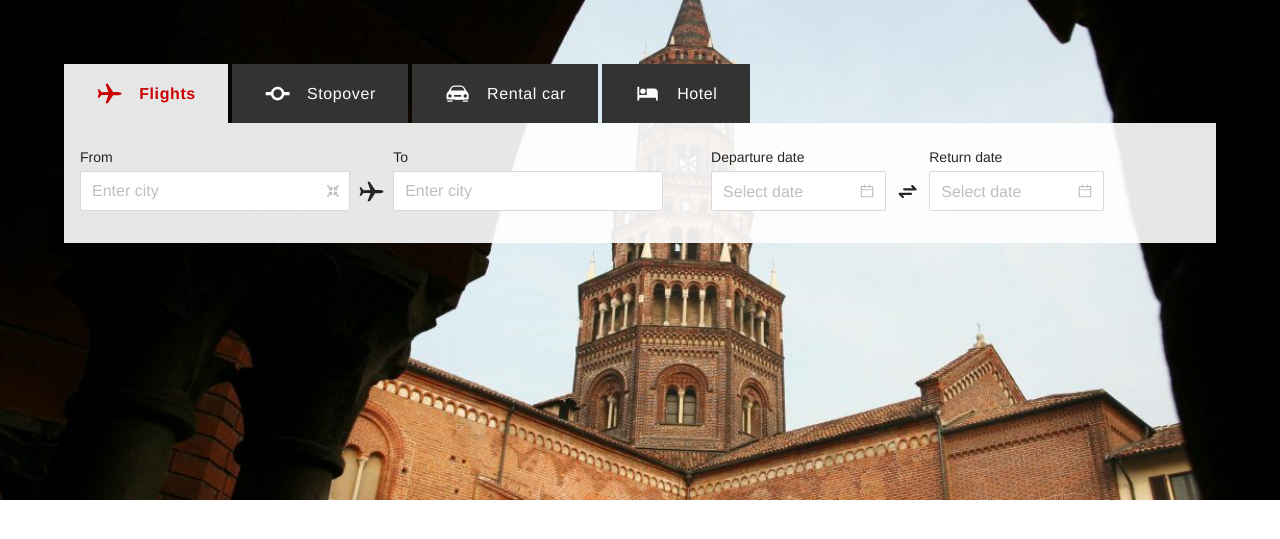
Repository: guidogr95/Everymundo-Excercise
Page: /
These files come from the project's save history. The page is drawn as it stood at one moment and after the next save; the edit follows.
The browser window is 1280 px wide. The pictures show the whole page.
The project was rebuilt for these pictures with package versions that can differ from the ones it lists, and the page was loaded fresh each time. Also part of the build but not shown: src/components/CustomSpin/customspin.scss.

Above is the page before, as saved 2021-07-01 20:33:20.

After the next save:
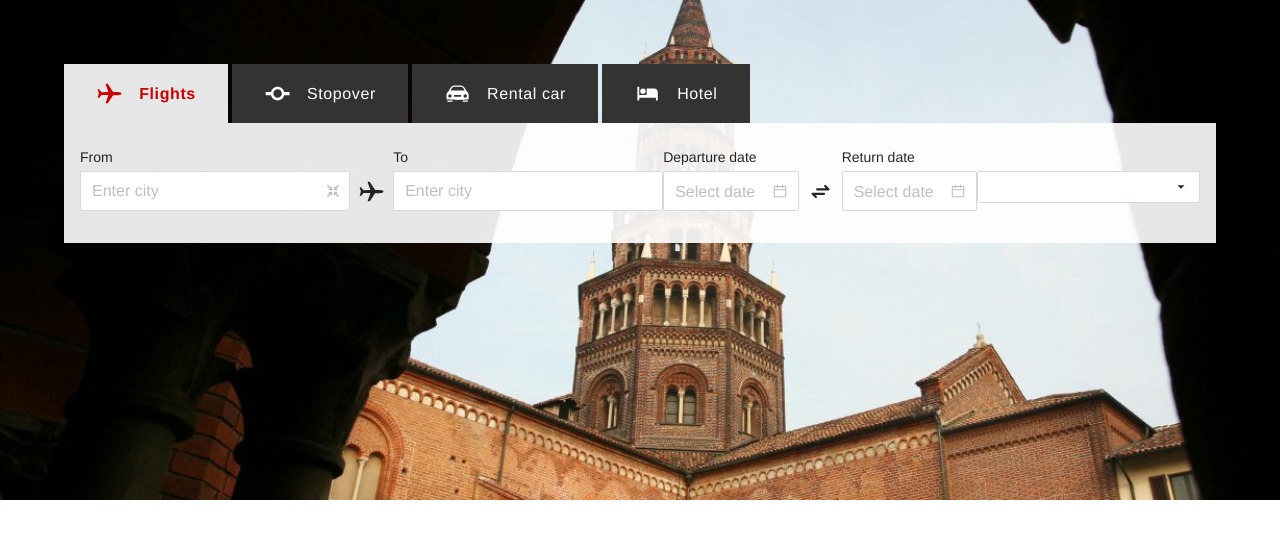
Saved 12 s later.
--- a/src/components/BookingMask/FlightsTab/index.jsx
+++ b/src/components/BookingMask/FlightsTab/index.jsx
@@ -2,6 +2,7 @@
 // components
 import AirportInputs from './AirportInputs'
 import DateInputs from './DateInputs'
+import PassengersInput from './PassengersInput'
 
 import './flightstab.scss'
 
@@ -10,6 +11,7 @@ export default function FlightsTab () {
     <div className="bookingmask__flight" >
       <AirportInputs/>
       <DateInputs/>
+      <PassengersInput/>
     </div>
   )
 }
